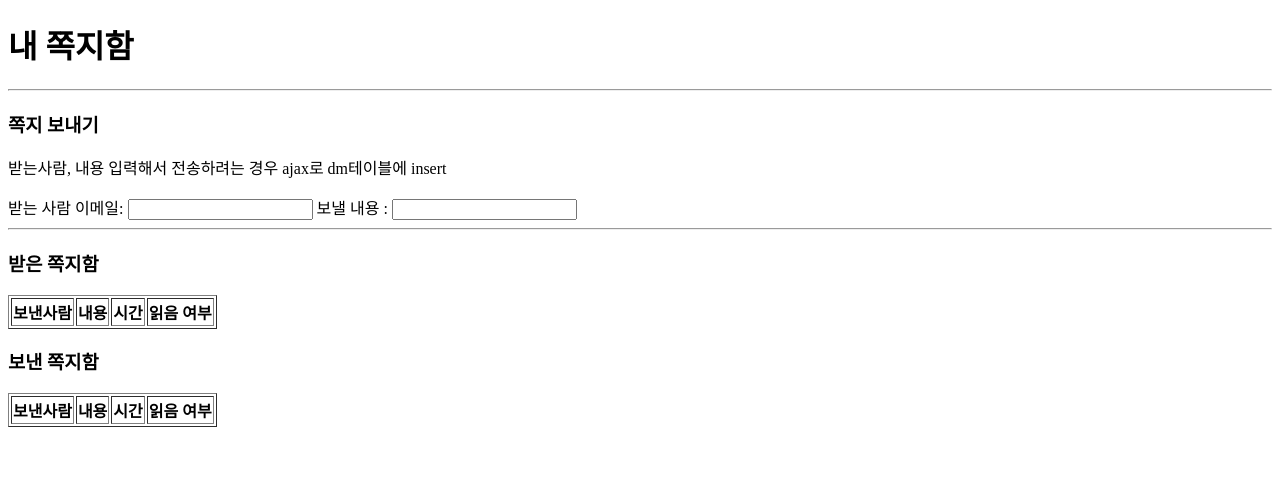
Repository: ParkHyeonju12/Spring
Page: http://localhost/05_Spring_Websocket/WEB-INF/views/dm/dmMain.jsp
These files come from the project's save history. The page is drawn as it stood at one moment and after a run of saves; the edit follows.
The browser window is 1280 px wide. The pictures show the whole page.
The page is served by Tomcat 9. Nobody is signed in. Other server files are loaded and not shown. The template is opened directly, without the code that normally fills it, so the values that code supplies are empty.

Above is the page before, as saved 2022-10-13 08:46:44.

### 05_Spring_Websocket/src/main/webapp/WEB-INF/views/dm/dmMain.jsp
<%@ page language="java" contentType="text/html; charset=UTF-8"
	pageEncoding="UTF-8"%>
<!DOCTYPE html>
<html>
<head>
<meta charset="UTF-8">
<title>Insert title here</title>
</head>
<body>
	<h1>내 쪽지함</h1>
	<hr>
	<h3>쪽지 보내기</h3>
	<p>받는사람, 내용 입력해서 전송하려는 경우 ajax로 dm테이블에 insert</p>
	받는 사람 이메일: <input type="email" name="sender">
	보낼 내용 : <input type="text" name="sendContent">
	<hr>
	<h3>받은 쪽지함</h3>
	<table border="1" class="receiveDmTbl">
		<tr>
			<th>보낸사람</th>
			<th>내용</th>
			<th>시간</th>
			<th>읽음 여부</th>
		</tr>
	</table>
	<h3>보낸 쪽지함</h3>
	<table border="1" class="sendDmTbl">
		<tr>
			<th>보낸사람</th>
			<th>내용</th>
			<th>시간</th>
			<th>읽음 여부</th>
		</tr>
	</table>
</body>
</html>

After the next 3 saves:
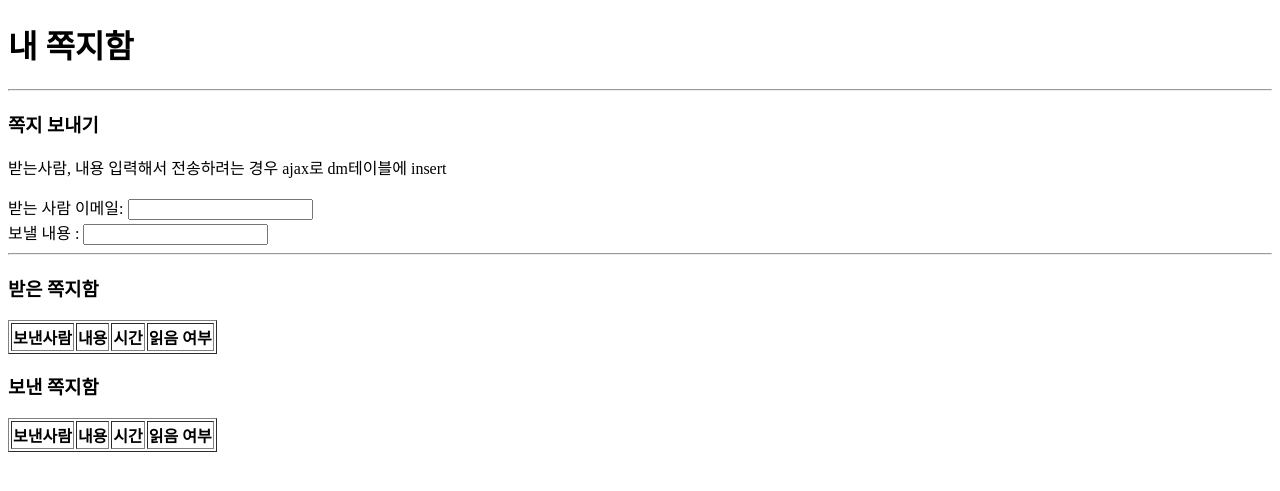
The 3 saves are shown as one change because they came seconds apart.
The last was saved 13 s later.
--- a/05_Spring_Websocket/src/main/webapp/WEB-INF/views/dm/dmMain.jsp
+++ b/05_Spring_Websocket/src/main/webapp/WEB-INF/views/dm/dmMain.jsp
@@ -11,8 +11,8 @@
 	<hr>
 	<h3>쪽지 보내기</h3>
 	<p>받는사람, 내용 입력해서 전송하려는 경우 ajax로 dm테이블에 insert</p>
-	받는 사람 이메일: <input type="email" name="sender">
-	보낼 내용 : <input type="text" name="sendContent">
+	받는 사람 이메일: <input type="email" name="sender"><br>
+	보낼 내용 : <input type="text" name="dmContent">
 	<hr>
 	<h3>받은 쪽지함</h3>
 	<table border="1" class="receiveDmTbl">
